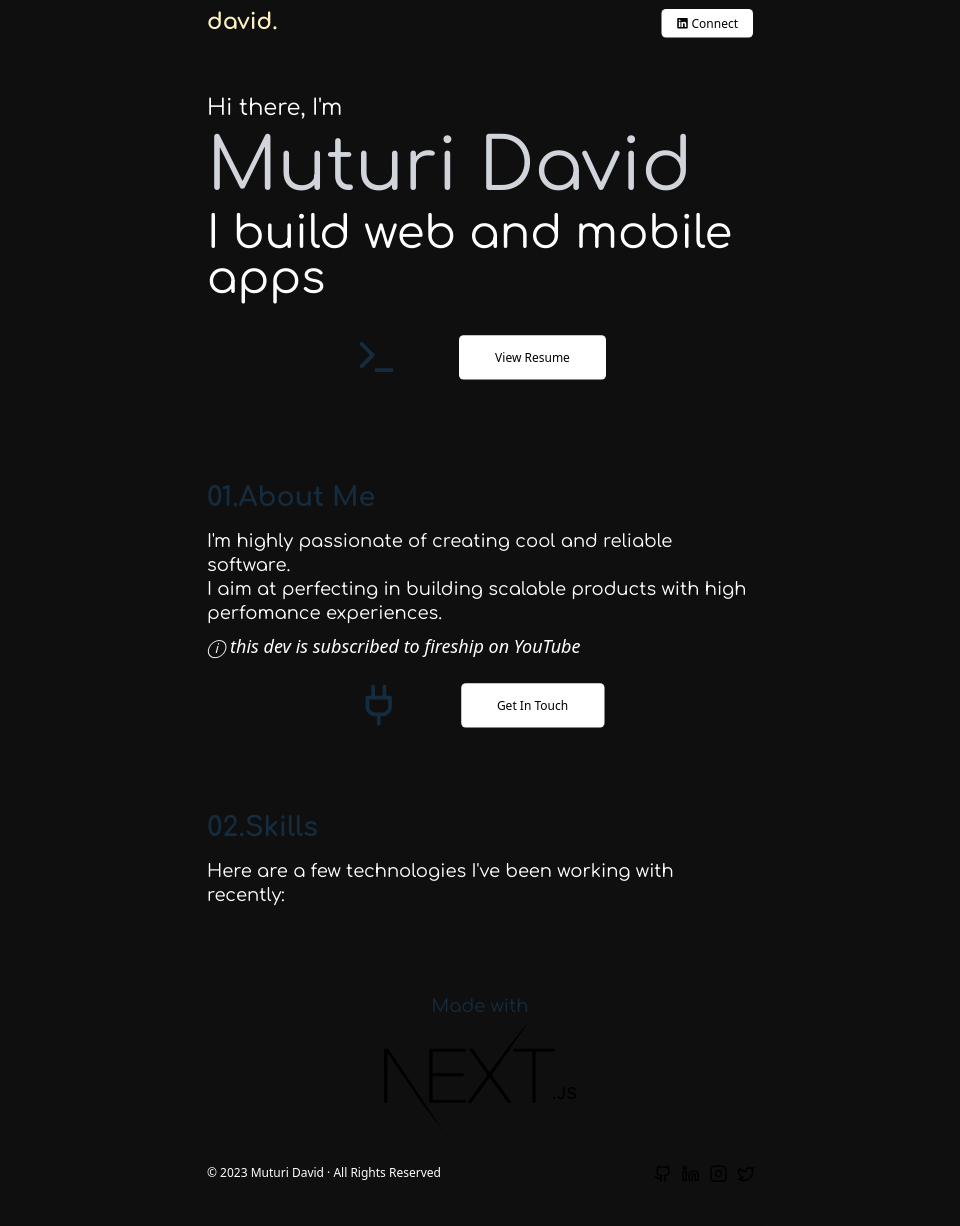
Repository: tushcmd/tushdev-portfolio
Page: /
The author's editor kept a copy of each file at every save. The page is drawn from the files as they stood at one save, then again after the next save.
The browser window is 1280 px wide. The pictures show the whole page, at 75% of full size.
The project was rebuilt for these pictures with package versions that can differ from the ones it lists, and the page was loaded fresh each time. The framework's server and built-in components were replaced by stand-ins that run in the browser. Also part of the build but not shown: next.config.js.

Above is the page before, as saved 2023-12-15 16:41:53.

### app/layout.tsx
import type { Metadata } from 'next'
import { Inter } from 'next/font/google'
import './globals.css'

const inter = Inter({ subsets: ['latin'] })

export const metadata: Metadata = {
  title: 'Muturi | Software Engineer',
  description: 'This is my Portfolio',

}

export default function RootLayout({
  children,
}: {
  children: React.ReactNode
}) {
  return (
    <html lang="en">
      <head>
        <link rel="icon" href="./public/favicon.ico" />
      </head>
      <body className={`{inter.className} bg-primary w-full overflow-y-scroll overflow-x-hidden`} >{children}</body>
    </html>
  )
}

### app/page.tsx
import Navbar from '@/app/ui/nav';
import Hero from '@/app/ui/hero';
import About from './ui/about';
import Skills from '@/app/ui/skills'
import Footer from './ui/footer';

export default function Page() {
  return (
    <main>
      <Navbar />
      <Hero />
      <About />
      <Skills />
      <Footer />
    </main>
  );
}

### app/ui/nav.tsx
import Link from 'next/link';
import { comfortaa } from '@/app/ui/fonts';

export default async function Navbar() {
  return (
    <div className='flex justify-center items-center'>
      <div className='flex items-start md:max-w-3xl py-3 w-full md:px-5 px-5 justify-between'>
        <Link
          href='/'
          className={`${comfortaa.className} antialiased font-bold text:2xl md:text-3xl text-logo`}
        >
          david<span>.</span>
        </Link>
        <div className='flex items-center gap-2'>
          <a
            href='https://www.linkedin.com/in/muturi-david-44b505208/'
            target='_blank'
            rel='_noreferrer'
            className='flex items-center gap-1 md:hover:bg-slate-200 rounded-md px-5 bg-white text-black font-medium py-[0.45rem]'
          >
            <svg
              stroke='currentColor'
              fill='currentColor'
              stroke-width='0'
              viewBox='0 0 448 512'
              className='mt-[0.03rem]'
              height='1em'
              width='1em'
              xmlns='http://www.w3.org/2000/svg'
            >
              <path d='M416 32H31.9C14.3 32 0 46.5 0 64.3v383.4C0 465.5 14.3 480 31.9 480H416c17.6 0 32-14.5 32-32.3V64.3c0-17.8-14.4-32.3-32-32.3zM135.4 416H69V202.2h66.5V416zm-33.2-243c-21.3 0-38.5-17.3-38.5-38.5S80.9 96 102.2 96c21.2 0 38.5 17.3 38.5 38.5 0 21.3-17.2 38.5-38.5 38.5zm282.1 243h-66.4V312c0-24.8-.5-56.7-34.5-56.7-34.6 0-39.9 27-39.9 54.9V416h-66.4V202.2h63.7v29.2h.9c8.9-16.8 30.6-34.5 62.9-34.5 67.2 0 79.7 44.3 79.7 101.9V416z'></path>
            </svg>
            Connect
          </a>
        </div>
      </div>
    </div>
  );
}

### app/ui/hero.tsx
import { opensans } from '@/app/ui/fonts';
import { inter } from '@/app/ui/fonts';
import { comfortaa } from '@/app/ui/fonts';
import hero from '@/constants/hero';
import { Terminal } from 'lucide-react';

export default async function Hero() {
  return (
    <section className='relative flex flex-col justify-center items-center md:py-16 py-6 overflow-auto'>
      <div className='flex items-start flex-col md:max-w-3xl pb-6 w-full md:px-5 px-5 justify-between'>
        <p className={`${comfortaa.className} text-3xl text-white pb-3`}>
          Hi there, I&apos;m
        </p>
        <h6
          className={`${comfortaa.className} text-5xl md:text-8xl text-[#D1D5DB] text-bold pb-3`}
        >
          {hero.name}
        </h6>
        <p className={`${comfortaa.className} text-4xl md:text-6xl text-white`}>
          {hero.paragraph}
        </p>
      </div>
      <div className='flex flex-row md:max-w-3xl pt-3 md:py-5 py-10 w-full md:px-5 px-5 justify-center space-x-12 md:space-x-20'>
        <svg
          xmlns='http://www.w3.org/2000/svg'
          width='60'
          height='60'
          viewBox='0 0 24 24'
          fill='none'
          stroke='#142c3e'
          stroke-width='2'
          stroke-linecap='round'
          stroke-linejoin='round'
          className='lucide lucide-terminal'
        >
          <polyline points='4 17 10 11 4 5' />
          <line x1='12' x2='20' y1='19' y2='19' />
        </svg>
        <div className='flex items-center gap-2'>
          <a
            href='/'
            target='_blank'
            rel='_noreferrer'
            className='flex items-center gap-1 md:hover:bg-slate-200 rounded-md px-12 bg-white text-black font-medium py-[1.08rem]'
          >
            View Resume
          </a>
        </div>
      </div>
    </section>
  );
}

### app/ui/about.tsx
import { comfortaa } from '@/app/ui/fonts';
import about from '@/constants/about';

export default async function About() {
  return (
    <section className='relative flex flex-col justify-center items-center pt-3'>
      <div className='flex items-start flex-col md:max-w-3xl py-10 w-full md:px-5 px-5 justify-between'>
        <h6
          className={`${comfortaa.className} text-[#142c3e] font-bold text-3xl md:text-4xl pb-6`}
        >
          01.About Me
        </h6>
        <p className={`${comfortaa.className} text-white text-xl md:text-2xl`}>
          I&apos;m {about.paragraph} <br />
          {about.paragraph2}
        </p>
        <i className='text-white text-2xl py-3'>ⓘ this dev is subscribed to fireship on YouTube </i>
        <div className='flex flex-row md:max-w-3xl pt-3 md:py-5 py-10 w-full md:px-5 px-5 justify-center space-x-12 md:space-x-20'>
          <svg
            xmlns='http://www.w3.org/2000/svg'
            width='60'
            height='60'
            viewBox='0 0 24 24'
            fill='none'
            stroke='#142c3e'
            stroke-width='2'
            stroke-linecap='round'
            stroke-linejoin='round'
            className='lucide lucide-plug'
          >
            <path d='M12 22v-5' />
            <path d='M9 8V2' />
            <path d='M15 8V2' />
            <path d='M18 8v5a4 4 0 0 1-4 4h-4a4 4 0 0 1-4-4V8Z' />
          </svg>
          <div className='flex items-center gap-2'>
            <a
              href='mailto:muturidavid854@gmail.com'
              target='_blank'
              rel='_noreferrer'
              className='flex items-center gap-1 md:hover:bg-slate-200 text-xm md:text-base rounded-md px-12 bg-white text-black font-medium py-[1.08rem]'
            >
              Get In Touch
            </a>
          </div>
        </div>
      </div>
    </section>
  );
}

### app/ui/skills.tsx
import { comfortaa } from './fonts';

export default async function About() {
  return (
    <section className='relative flex flex-col justify-center items-center pt-3'>
      <div className='flex items-start flex-col md:max-w-3xl py-10 w-full md:px-5 px-5 justify-between'>
        <h6
          className={`${comfortaa.className} text-[#142c3e] font-bold text-3xl md:text-4xl pb-6`}
        >
          02.Skills
        </h6>
        <p className={`${comfortaa.className} text-white text-base md:text-2xl`}>
          Here are a few technologies I&apos;ve been working with recently:
        </p>
        <div className='grid-cols-4'>
          <div></div>
        </div>
      </div>
    </section>
  );
}

### app/ui/footer.tsx
import { Github } from 'lucide-react';
import { Linkedin } from 'lucide-react';
import { Instagram } from 'lucide-react';
import { Twitter } from 'lucide-react';
import { comfortaa } from './fonts';

export default async function Footer() {
  return (
    <section className='relative flex flex-col justify-center items-center pt-16 border-t-0'>
      <div className='flex flex-col md:max-w-3xl items-center justify-center'>
        <p className={`${comfortaa.className} text-[#142c3e] text-2xl pt-3`}>Made with</p>
        <svg
          height='154.5'
          preserveAspectRatio='xMidYMid'
          viewBox='0 0 512 309'
          width='256'
          xmlns='http://www.w3.org/2000/svg'
        >
          <path d='m120.81043 80.5613102h96.567895v7.6753487h-87.715838v57.7670991h82.485077v7.675348h-82.485077v63.422619h88.721754v7.675348h-97.573811zm105.21877 0h10.260338l45.467384 63.4226188 46.4733-63.4226188 63.211264-80.5613102-103.850254 150.649363 53.514709 74.12771h-10.662704l-48.686315-67.462275-48.887497 67.462275h-10.461521l53.917074-74.12771zm118.899221 7.6753486v-7.6753486h110.047164v7.6753487h-50.698145v136.5404141h-8.852058v-136.5404141zm-344.928421-7.6753486h11.0650714l152.5808586 228.3226968-63.054372-84.106934-91.33713469-133.3086883-.40236623 133.3086883h-8.85205708zm454.083705 134.2241588c-1.808538 0-3.164943-1.401289-3.164943-3.212184 0-1.810897 1.356405-3.212186 3.164943-3.212186 1.830069 0 3.164943 1.401289 3.164943 3.212186 0 1.810895-1.334874 3.212184-3.164943 3.212184zm8.69821-8.450851h4.736648c.06459 2.565437 1.937721 4.290101 4.693588 4.290101 3.078821 0 4.822769-1.854014 4.822769-5.324899v-21.989457h4.82277v22.011016c0 6.251906-3.617077 9.852139-9.602478 9.852139-5.619388 0-9.473297-3.492442-9.473297-8.8389zm25.38413-.280256h4.779709c.409074 2.953486 3.294124 4.829057 7.449457 4.829057 3.875441 0 6.717429-2.004921 6.717429-4.764383 0-2.371411-1.808538-3.794259-5.920812-4.764383l-4.004619-.970122c-5.619389-1.315057-8.181486-4.031402-8.181486-8.601759 0-5.540482 4.521348-9.226949 11.303367-9.226949 6.308355 0 10.915822 3.686467 11.195715 8.925132h-4.693588c-.452134-2.867252-2.949641-4.65659-6.566718-4.65659-3.810849 0-6.351414 1.832454-6.351414 4.635033 0 2.220503 1.636295 3.492442 5.683978 4.441008l3.423305.840772c6.372946 1.487524 8.999632 4.074517 8.999632 8.752668 0 5.950089-4.607467 9.679672-11.970803 9.679672-6.889671 0-11.518667-3.557118-11.863152-9.119156z' />
        </svg>
      </div>
      <div className='flex items-center flex-col md:max-w-3xl md:flex-row-reverse pt-5 pb-10 w-full md:px-5 px-5 justify-between border-t-0'>
        <div className='flex space-x-4 py-5 flex-row'>
          <a
            href='#'
            className='w-[21px] h-[21px] object-contain cursor-pointer'
          >
            <Github />
          </a>
          <a
            href='#'
            className='w-[21px] h-[21px] object-contain cursor-pointer'
          >
            <Linkedin />
          </a>
          <a
            href='#'
            className='w-[21px] h-[21px] object-contain cursor-pointer'
          >
            <Instagram />
          </a>
          <a
            href='#'
            className='w-[21px] h-[21px] object-contain cursor-pointer'
          >
            <Twitter />
          </a>
        </div>
        <div>
          <p className='text-white text-base '>
            <span>&copy;</span> 2023 Muturi David · All Rights Reserved
          </p>
        </div>
      </div>
    </section>
  );
}

### app/ui/fonts.ts
import { Inter, Comfortaa, Open_Sans } from 'next/font/google';

export const inter = Inter({ subsets: ['latin'] });

export const comfortaa = Comfortaa({
  weight: ['400', '700'],
  subsets: ['latin'],
});

export const opensans = Open_Sans({
    weight: ['300', '400', '500', '600', '700', '800'],
    subsets: ['latin']
});

### constants/hero.ts
interface Hero {
    greet: string;
    name: string;
    paragraph: string;
}

const hero: Hero = {
    greet: 'Hi there, I am',
    name: 'Muturi David',
    paragraph: `I build web and mobile
    apps`,
};

export default hero;

### constants/about.ts
interface About {
    paragraph: string;
    paragraph2: string;
}

const about: About = {
    paragraph: ' highly passionate of creating cool and reliable software.',
    paragraph2: 'I aim at perfecting in building scalable products with high perfomance experiences. ',
};

export default about;

### tailwind.config.ts
import type { Config } from 'tailwindcss'

const config: Config = {
  content: [
    './pages/**/*.{js,ts,jsx,tsx,mdx}',
    './components/**/*.{js,ts,jsx,tsx,mdx}',
    './app/**/*.{js,ts,jsx,tsx,mdx}',
  ],
  theme: {
    extend: {
      colors: {
        primary: "#0F0F0F",
        heading: "#FFFFFF",
        logo: "#FFF0C1",
        dimGray: "D1D5DB",
        iconBg: '#9CA3AF',
        iconText: '202020',
      },
      screens: {
        sm: '480px',
        md: '768px',
        lg: '976px',
        xl: '1440px',
      },
    },
  },
  plugins: [],
}
export default config

Loaded but not shown: app/globals.css (common file)

After the next save:
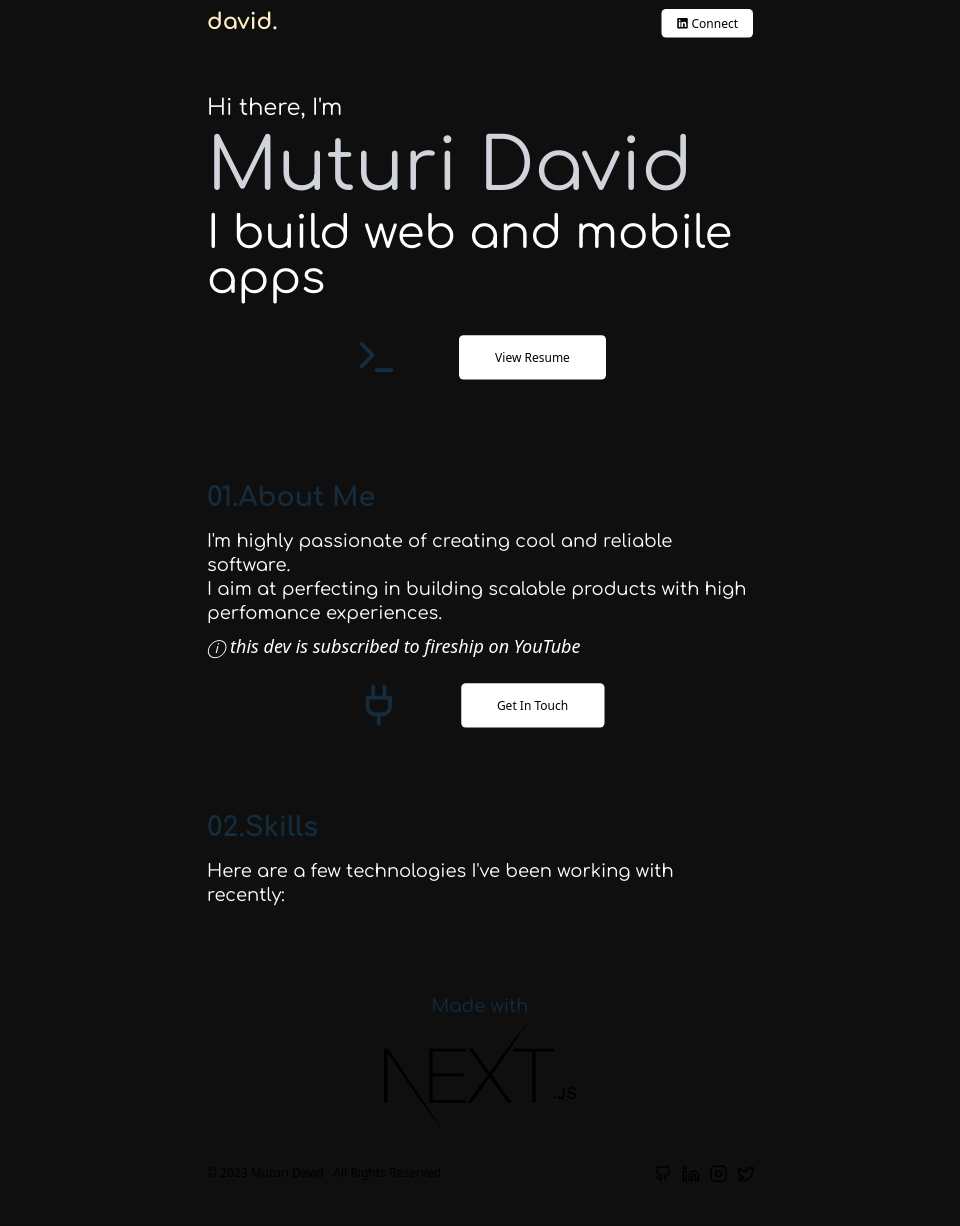
Saved 50 s later.
--- a/app/ui/footer.tsx
+++ b/app/ui/footer.tsx
@@ -47,7 +47,7 @@ export default async function Footer() {
           </a>
         </div>
         <div>
-          <p className='text-white text-base '>
+          <p className='text-black text-base '>
             <span>&copy;</span> 2023 Muturi David · All Rights Reserved
           </p>
         </div>
